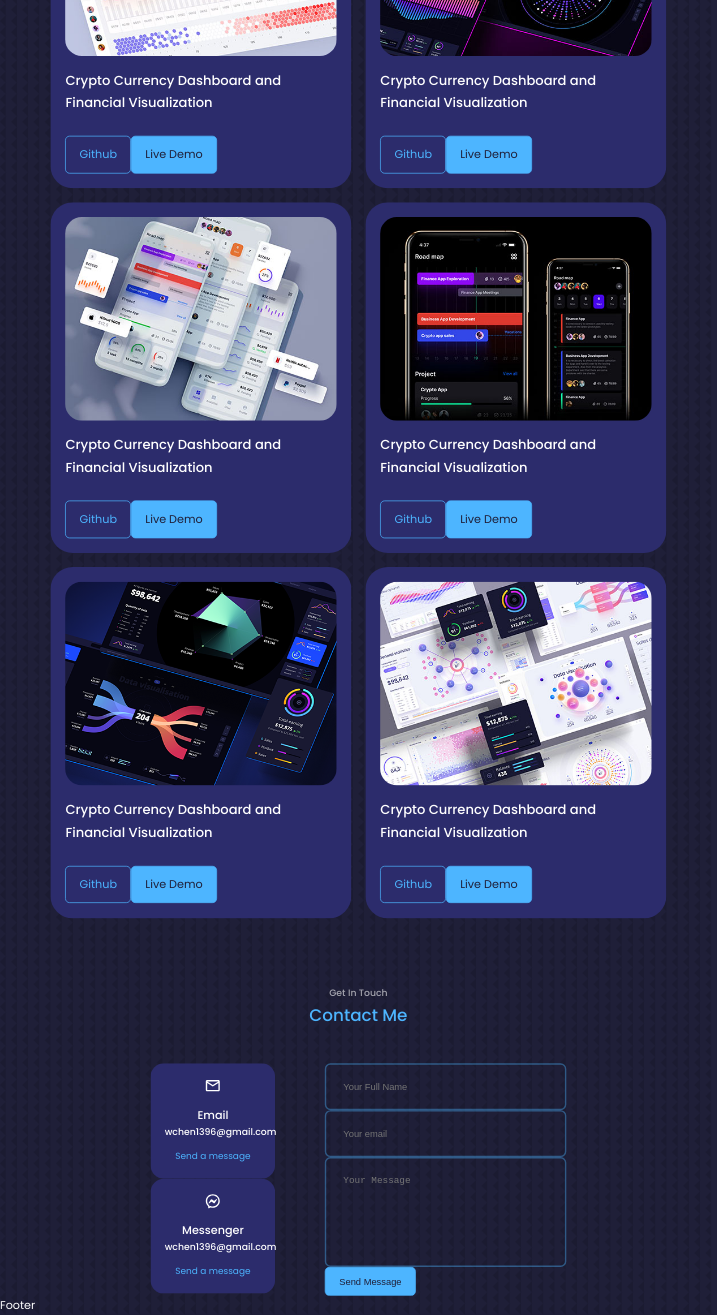
Repository: smallchungus/resumeWebsite
Page: / (app in hello/)
These files come from the project's save history. The page is drawn as it stood at one moment and after a run of saves; the edit follows.
The browser window is 1024 px wide. The pictures show the part of the page from y = 3290 to 5530 px (the page is 5168 px tall before and 5530 px after), at 70% of full size.
The project was rebuilt for these pictures with package versions that can differ from the ones it lists, and the page was loaded fresh each time. Also part of the build but not shown: hello/src/components/services/Services.jsx, hello/src/components/testimonial/Testimonial.jsx, hello/src/components/footer/footer.css. Imported but missing from the stored project, and not drawn on this page: hello/src/assets/cv.pdf.

Above is the page before, as saved 2023-03-24 13:29:34.

After the next 2 saves:
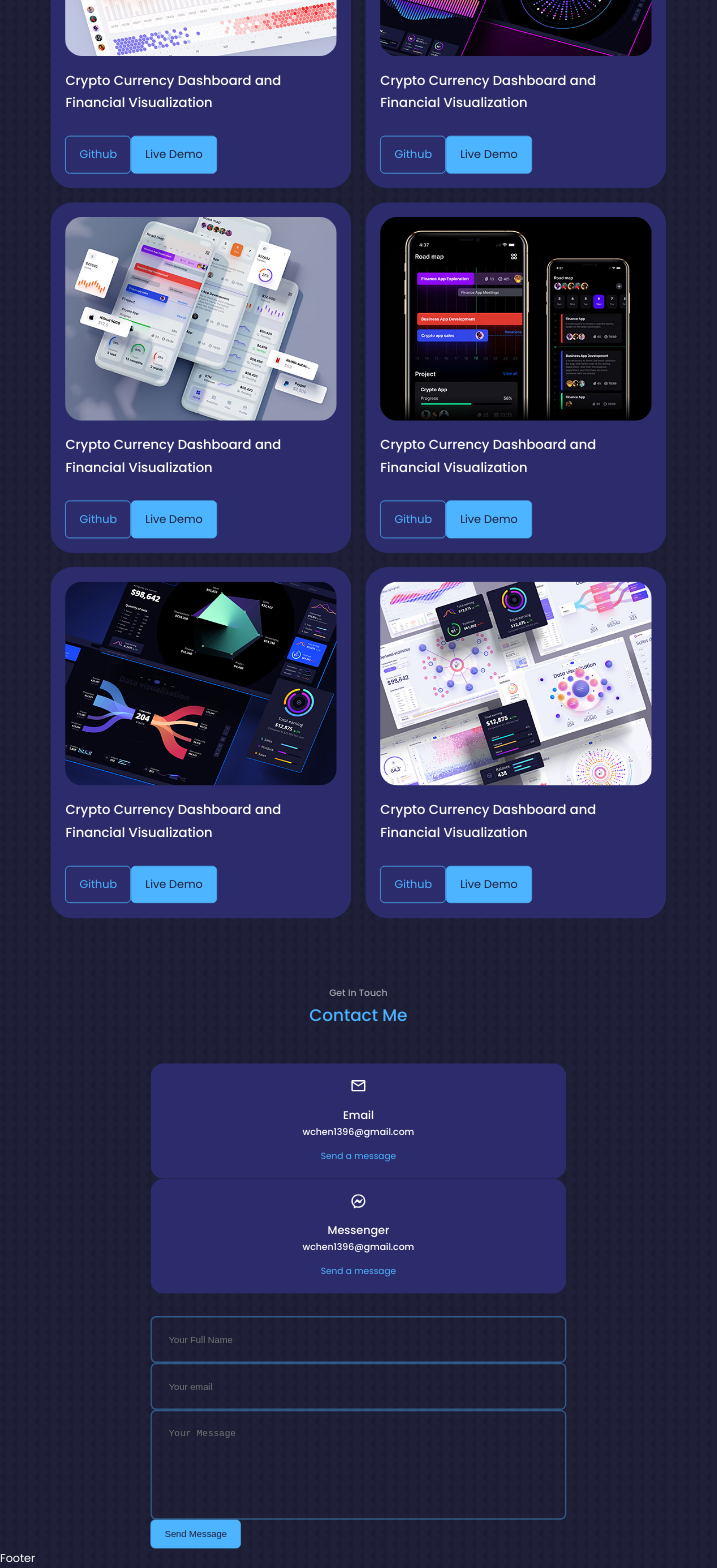
The 2 saves are shown as one change because they came seconds apart.
The last was saved 27 s later.
--- a/hello/src/components/contact/contact.css
+++ b/hello/src/components/contact/contact.css
@@ -52,3 +52,10 @@ input, textarea {
     resize: none;
     color: var(--color-white);
 }
+
+@media screen and (max-width: 1024px) {
+    .container.contact_container {
+        grid-template-columns: 1fr;
+        gap: 2rem;
+    }
+}
